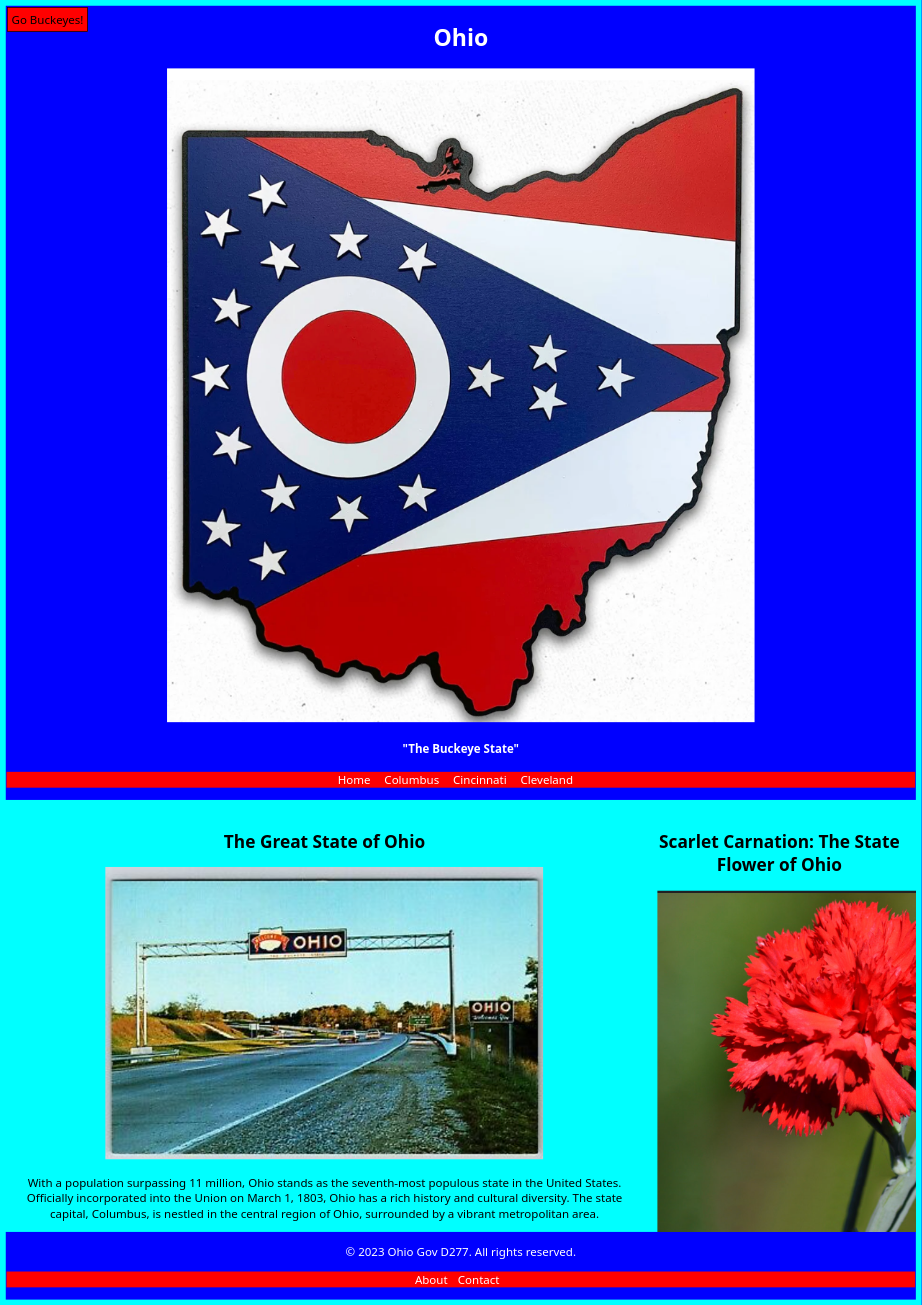
Repository: MikeeBuilds/FEWD-task1
Page: index.html
The author's editor kept a copy of each file at every save. The page is drawn from the files as they stood at one save, then again after a run of saves.
The browser window is 1280 px wide. The pictures show the whole page, at 72% of full size.
An inner scrolling area shows only its first screen.

Above is the page before, as saved 2024-07-02 17:12:19.
Console error: TypeError: Cannot read properties of null (reading 'addEventListener')

### index.html
<!DOCTYPE html>
<html>

<head>
    <title>Ohio</title>
    <link rel="stylesheet" href="style.css">
    <script src="script.js"></script>
</head>

<body>

    <header>
        <h1>Ohio</h1>
        <img src="images/ohioicon.png" alt="Shape and Symbol of Ohio and its flag merged together." id="ohioicon">
        <h4>"The Buckeye State"</h4>
        <nav>
            <ul>
                <li><a href="index.html">Home</a></li>
                <li><a href="columbus.html">Columbus</a></li>
                <li><a href="cincinnati.html">Cincinnati</a></li>
                <li><a href="cleveland.html">Cleveland</a></li>
            </ul>
        </nav>
    </header>

    <section>
        <h2>The Great State of Ohio</h2>
        <img src="images/welcometoohio.jpg" alt="Highway sign saying 'Welcome to Ohio.'">
        <p>
            With a population surpassing 11 million, Ohio stands
            as the seventh-most populous state in the United States.
            Officially incorporated into the Union on March 1, 1803,
            Ohio has a rich history and cultural diversity. The state
            capital, Columbus, is nestled in the central region of Ohio,
            surrounded by a vibrant metropolitan area.
        </p>

        <div class="absolute-note">Go Buckeyes!</div>

        <table id="table">
            <tr>
                <th>City</th>
                <th>Famous Dish</th>
                <th>Landmark</th>
            </tr>
            <tr>
                <td>Columbus</td>
                <td>Columbus-Style Pizza</td>
                <td>Ohio Statehouse</td>
            </tr>
            <tr>
                <td>Cleveland</td>
                <td>Polish Boy</td>
                <td>Rock & Roll Hall of Fame</td>
            </tr>
            <tr>
                <td>Cincinnati</td>
                <td>Cincinnati Chili</td>
                <td>Cincinnati Zoo & Botanical Garden</td>
            </tr>
        </table>

        <p>
            Ohio defies easy classification, exhibiting a dynamic blend of
            urban, suburban, and rural landscapes that contribute to its
            unique character. Boasting a robust economy, Ohio often surpasses
            the national average in terms of income levels, reflecting its
            position as a major economic powerhouse within the United States.
        </p>
    </section>

    <aside>
        <h2>Scarlet Carnation: The State Flower of Ohio</h2>
        <img src="images/scarletcarnation.png" alt="Photo of the Ohio Scarlet Carnation flower">
        <p class="asideparagraph">
            Experience the charm of the Buckeye State through the iconic
            Scarlet Carnation, the state flower. Decorating fields and gardens
            with vibrant red hues, the Scarlet Carnation holds a special
            place in the hearts of Ohioans. It symbolizes the memory of President
            William McKinley, who was born in Ohio.
        </p>

        <ol>
            <p>Scarlet Carnation most populated areas:</p>
            <li>Columbus</li>
            <li>Wooster</li>
            <li>Cleveland</li>
        </ol>

        <p class="asideparagraph">
            Embraced as a symbol of natural beauty and a nod to the state's
            historical significance, the Scarlet Carnation is a floral emblem that
            transcends regional boundaries, inviting all to appreciate the
            enchanting and colorful essence of the Ohio landscape.
        </p>
    </aside>

    <footer>
        <p>&copy; 2023 Ohio Gov D277. All rights reserved.</p>

        <nav>
            <ul>
                <li><a href="about.html">About</a></li>
                <li><a href="contact.html">Contact</a></li>
            </ul>
        </nav>
    </footer>

</body>
</html>

### style.css
body {
    background-color: aqua;
    font-family:system-ui, -apple-system, BlinkMacSystemFont, 'Segoe UI', Roboto, Oxygen, Ubuntu, Cantarell, 'Open Sans', 'Helvetica Neue', sans-serif;
}

header {
    clear: both;
    background-color: blue;
    color: white;
    padding: 1px;
    text-align: center;
}

nav {
    background-color: red;
    color: white;
}

nav ul {
    list-style: none;
    padding: 0;
}

nav ul li {
    display: inline-block;
    margin-right: 15px;
}

nav ul li a {
    text-decoration: none;
    color: white;
}

nav ul li a:hover {
    color: red;
    background-color: blue;
}

section {
    width: 70%;
    float: left;
    padding: 20px;
    box-sizing: border-box;
    text-align: center;
    height:600px;
    overflow-y: auto;
}


aside {
    width: 30%;
    float: left;
    padding: 20px;
    box-sizing: border-box;
    text-align: center;
    height: 600px;
    overflow-y: auto;
}

footer {
    clear: both;
    background-color: blue;
    color: white;
    padding: 1px;
    text-align: center;
}

footer nav ul {
    list-style: none;
}

footer nav ul li {
    display: inline-block;
    margin-right: 10px;
}

footer nav ul li a {
    text-decoration: none;
    color: white;
}

#table {
    position:relative;
    top: 20px;
    margin: 0px auto;
}

.asideparagraph {
   font-size: small;
}

.absolute-note {
    position: absolute;
    top: 10px;
    left: 10px;
    background-color: red;
    padding: 5px;
    border: 1px solid black;
}

main {
    width: 70%;
    margin: 0 auto;
    text-align: center;
}

form label {
    display: block;
    margin-top: 10px;
}
form input, form textarea {
    display: block;
    width: 100%;
    padding: 8px;
    margin-top: 5px;
}
form input[type="submit"] {
    width: auto;
    margin-top: 20px;
}

.ohioicon {
    width: 10%;
    height: auto;
}

### script.js
document.addEventListener('DOMContentLoaded', function () {
    var email = document.getElementById('email');
    var confirmEmail = document.getElementById('confirmEmail');

    function checkEmailMatch() {

        if (email.value !== confirmEmail.value) {
            confirmEmail.setCustomValidity('Email addresses must match.');


            confirmEmail.style.borderColor = 'red';


            alert('Email addresses do not match. Please enter matching email addresses.');
        } else {
            confirmEmail.setCustomValidity('');


            confirmEmail.style.borderColor = 'green';


            alert('Email addresses match. Verification successful.');


        }
    }

    email.addEventListener('change', checkEmailMatch);
    confirmEmail.addEventListener('change', checkEmailMatch);
});

After the next 2 saves:
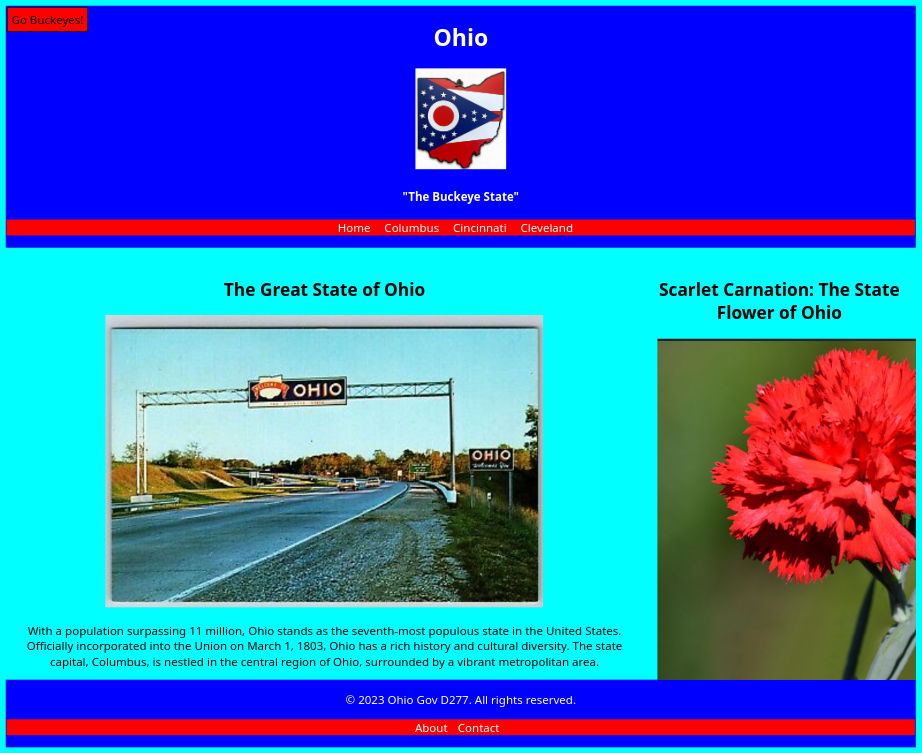
The 2 saves are shown as one change because they came seconds apart.
The last was saved 5 s later.
--- a/style.css
+++ b/style.css
@@ -119,7 +119,7 @@ form input[type="submit"] {
     margin-top: 20px;
 }
 
-.ohioicon {
+#ohioicon {
     width: 10%;
     height: auto;
 }
